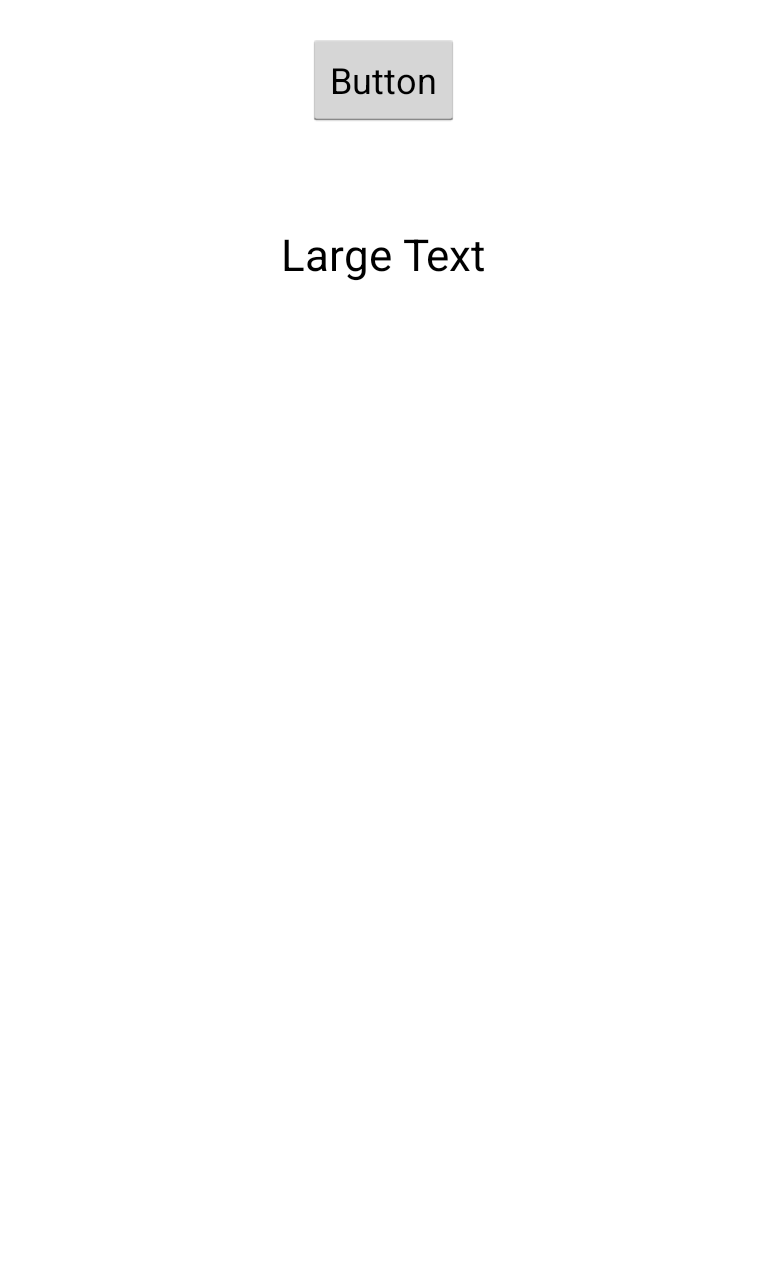
Repository: amittttt/Android-HP
Layout: Sensor/res/layout/activity_main.xml
These files come from the project's save history. The layout is drawn as it stood at one moment and after a run of saves; the edit follows.
It is drawn on a 768 x 1280 px phone screen (xhdpi) without system bars, with theme AppTheme; the app's code is not run.

Above is the layout before, as saved 2016-05-15 05:34:52.

### Sensor/res/layout/activity_main.xml
<RelativeLayout xmlns:android="http://schemas.android.com/apk/res/android"
    xmlns:tools="http://schemas.android.com/tools"
    android:layout_width="match_parent"
    android:layout_height="match_parent"
    android:paddingBottom="@dimen/activity_vertical_margin"
    android:paddingLeft="@dimen/activity_horizontal_margin"
    android:paddingRight="@dimen/activity_horizontal_margin"
    android:paddingTop="@dimen/activity_vertical_margin"
    tools:context=".MainActivity" >

    <Button
        android:id="@+id/button1"
        android:layout_width="wrap_content"
        android:layout_height="wrap_content"
        android:layout_alignParentTop="true"
        android:layout_centerHorizontal="true"
     	android:onClick="listsensor"
        android:text="Button" />

    <TextView
        android:id="@+id/textView1"
        android:layout_width="wrap_content"
        android:layout_height="wrap_content"
        android:layout_below="@+id/button1"
        android:layout_centerHorizontal="true"
        android:layout_marginTop="48dp"
        android:text="Large Text"
        android:textAppearance="?android:attr/textAppearanceLarge" />

</RelativeLayout>

Loaded but not shown: Sensor/res/values/styles.xml (common file); Sensor/res/values-v11/styles.xml (common file); Sensor/res/values-v14/styles.xml (common file); Sensor/res/values/dimens.xml (common file)

After the next 2 saves:
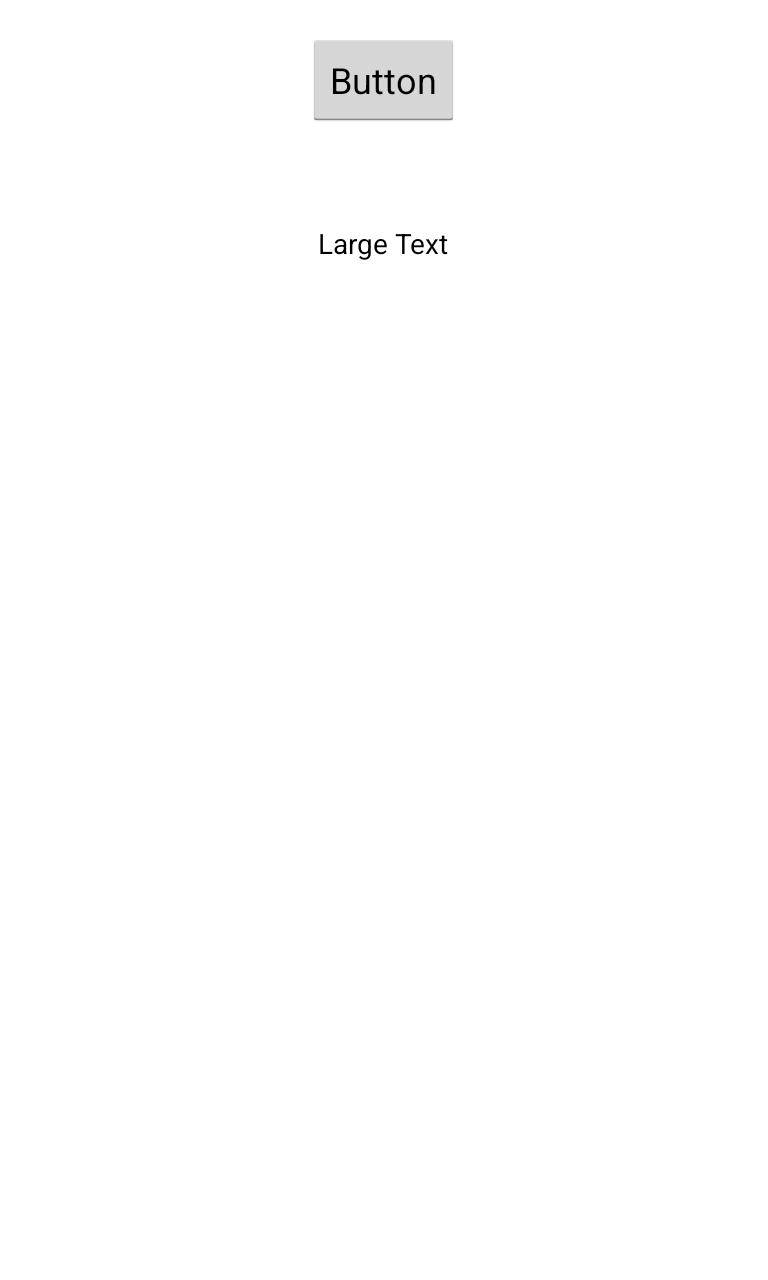
The 2 saves are shown as one change because they came seconds apart.
The last was saved 55 s later.
--- a/Sensor/res/layout/activity_main.xml
+++ b/Sensor/res/layout/activity_main.xml
@@ -25,6 +25,7 @@
         android:layout_centerHorizontal="true"
         android:layout_marginTop="48dp"
         android:text="Large Text"
+        android:textSize="14dp"
         android:textAppearance="?android:attr/textAppearanceLarge" />
 
 </RelativeLayout>
